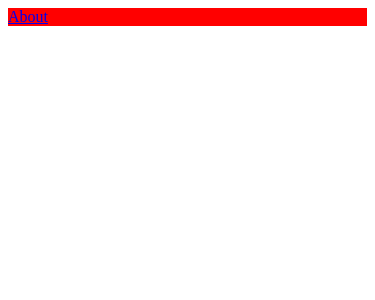
Repository: bguemos/device-testing-jan29
Page: /
These files come from the project's save history. The page is drawn as it stood at one moment and after the next save; the edit follows.
The browser window is 375 px wide. The pictures show the whole page.
The project was rebuilt for these pictures with package versions that can differ from the ones it lists, and the page was loaded fresh each time. The framework's server and built-in components were replaced by stand-ins that run in the browser. Also part of the build but not shown: next.config.js.

Above is the page before, as saved 2023-01-30 22:51:24.

### pages/_app.js
import styles from '../styles/Home.module.css'


 function MyApp({ Component, pageProps }) {
  return <Component {...pageProps} />
}

export default MyApp

### pages/index.js
import Head from 'next/head'
import Image from 'next/image'
import { Inter } from '@next/font/google'
import Link from 'next/link'
import styles from '../styles/Home.module.css'
const inter = Inter({ subsets: ['latin'] })

export default function Home() {
  return (
<main className={styles.container} id= "colouring">
    <nav>
      <Link href="/about">About</Link>
    </nav>
</main>
  )
}

### styles/Home.module.css
.main {
  display: flex;
  flex-direction: column;
  justify-content: space-between;
  align-items: center;
  padding: 6rem;
  min-height: 100vh;
}

.description {
  display: inherit;
  justify-content: inherit;
  align-items: inherit;
  font-size: 0.85rem;
  max-width: var(--max-width);
  width: 100%;
  z-index: 2;
  font-family: var(--font-mono);
}

.description a {
  display: flex;
  justify-content: center;
  align-items: center;
  gap: 0.5rem;
}

.description p {
  position: relative;
  margin: 0;
  padding: 1rem;
  background-color: rgba(var(--callout-rgb), 0.5);
  border: 1px solid rgba(var(--callout-border-rgb), 0.3);
  border-radius: var(--border-radius);
}

.code {
  font-weight: 700;
  font-family: var(--font-mono);
}

.grid {
  display: grid;
  grid-template-columns: repeat(4, minmax(25%, auto));
  width: var(--max-width);
  max-width: 100%;
}

.card {
  padding: 1rem 1.2rem;
  border-radius: var(--border-radius);
  background: rgba(var(--card-rgb), 0);
  border: 1px solid rgba(var(--card-border-rgb), 0);
  transition: background 200ms, border 200ms;
}

.card span {
  display: inline-block;
  transition: transform 200ms;
}

.card h2 {
  font-weight: 600;
  margin-bottom: 0.7rem;
}

.card p {
  margin: 0;
  opacity: 0.6;
  font-size: 0.9rem;
  line-height: 1.5;
  max-width: 30ch;
}

.center {
  display: flex;
  justify-content: center;
  align-items: center;
  position: relative;
  padding: 4rem 0;
}

.center::before {
  background: var(--secondary-glow);
  border-radius: 50%;
  width: 480px;
  height: 360px;
  margin-left: -400px;
}

.center::after {
  background: var(--primary-glow);
  width: 240px;
  height: 180px;
  z-index: -1;
}

.center::before,
.center::after {
  content: '';
  left: 50%;
  position: absolute;
  filter: blur(45px);
  transform: translateZ(0);
}

.logo,
.thirteen {
  position: relative;
}

.thirteen {
  display: flex;
  justify-content: center;
  align-items: center;
  width: 75px;
  height: 75px;
  padding: 25px 10px;
  margin-left: 16px;
  transform: translateZ(0);
  border-radius: var(--border-radius);
  overflow: hidden;
  box-shadow: 0px 2px 8px -1px #0000001a;
}

.thirteen::before,
.thirteen::after {
  content: '';
  position: absolute;
  z-index: -1;
}

/* Conic Gradient Animation */
.thirteen::before {
  animation: 6s rotate linear infinite;
  width: 200%;
  height: 200%;
  background: var(--tile-border);
}

/* Inner Square */
.thirteen::after {
  inset: 0;
  padding: 1px;
  border-radius: var(--border-radius);
  background: linear-gradient(
    to bottom right,
    rgba(var(--tile-start-rgb), 1),
    rgba(var(--tile-end-rgb), 1)
  );
  background-clip: content-box;
}

/* Enable hover only on non-touch devices */
@media (hover: hover) and (pointer: fine) {
  .card:hover {
    background: rgba(var(--card-rgb), 0.1);
    border: 1px solid rgba(var(--card-border-rgb), 0.15);
  }

  .card:hover span {
    transform: translateX(4px);
  }
}

@media (prefers-reduced-motion) {
  .thirteen::before {
    animation: none;
  }

  .card:hover span {
    transform: none;
  }
}
/* tablet */
@media (max-width: 820px){
  .container {
    background-color: blue;
  }
}

/* Mobile */
@media (max-width: 414px) {
  .content {
    padding: 4rem;
  }
  .container{
    background-color: red;
  }

  .grid {
    grid-template-columns: 1fr;
    margin-bottom: 120px;
    max-width: 320px;
    text-align: center;
  }

  .card {
    padding: 1rem 2.5rem;
  }

  .card h2 {
    margin-bottom: 0.5rem;
  }

  .center {
    padding: 8rem 0 6rem;
  }

  .center::before {
    transform: none;
    height: 300px;
  }

  .description {
    font-size: 0.8rem;
  }

  .description a {
    padding: 1rem;
  }

  .description p,
  .description div {
    display: flex;
    justify-content: center;
    position: fixed;
    width: 100%;
  }

  .description p {
    align-items: center;
    inset: 0 0 auto;
    padding: 2rem 1rem 1.4rem;
    border-radius: 0;
    border: none;
    border-bottom: 1px solid rgba(var(--callout-border-rgb), 0.25);
    background: linear-gradient(
      to bottom,
      rgba(var(--background-start-rgb), 1),
      rgba(var(--callout-rgb), 0.5)
    );
    background-clip: padding-box;
    backdrop-filter: blur(24px);
  }

  .description div {
    align-items: flex-end;
    pointer-events: none;
    inset: auto 0 0;
    padding: 2rem;
    height: 200px;
    background: linear-gradient(
      to bottom,
      transparent 0%,
      rgb(var(--background-end-rgb)) 40%
    );
    z-index: 1;
  }
}

/* Tablet and Smaller Desktop */
@media (min-width: 701px) and (max-width: 1120px) {
  .grid {
    grid-template-columns: repeat(2, 50%);
  }
}

@media (prefers-color-scheme: dark) {
  .vercelLogo {
    filter: invert(1);
  }

  .logo,
  .thirteen img {
    filter: invert(1) drop-shadow(0 0 0.3rem #ffffff70);
  }
}

@keyframes rotate {
  from {
    transform: rotate(360deg);
  }
  to {
    transform: rotate(0deg);
  }
}

Loaded but not shown: pages/_document.js (common file)

After the next save:
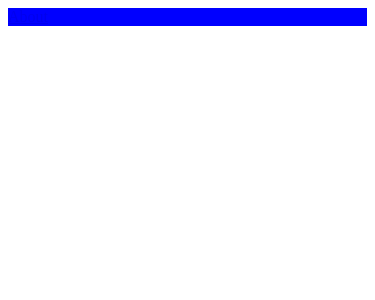
Saved 42 s later.
--- a/styles/Home.module.css
+++ b/styles/Home.module.css
@@ -185,7 +185,7 @@
     padding: 4rem;
   }
   .container{
-    background-color: red;
+    background-color: #255,0,0;
   }
 
   .grid {

After the save that followed:
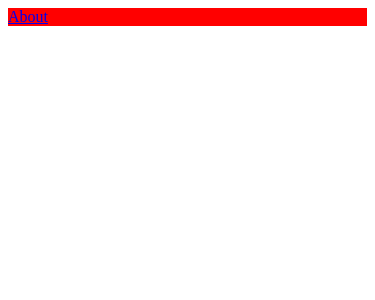
Saved 15 s later.
--- a/styles/Home.module.css
+++ b/styles/Home.module.css
@@ -185,7 +185,7 @@
     padding: 4rem;
   }
   .container{
-    background-color: #255,0,0;
+    background-color:red;
   }
 
   .grid {
